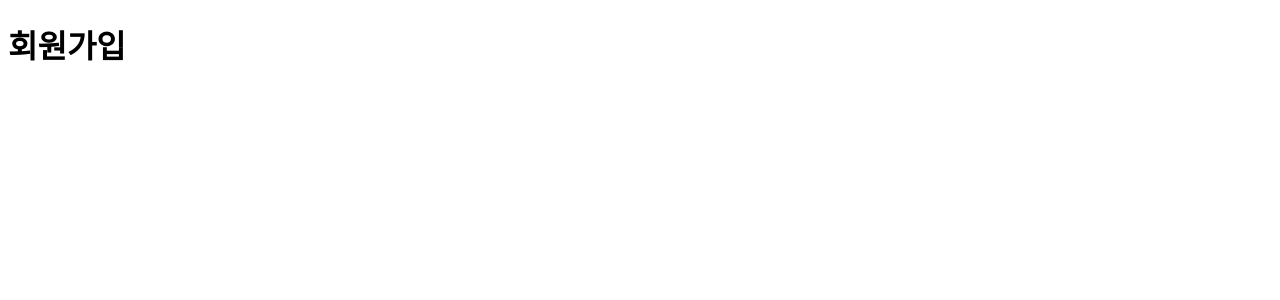
Repository: khkyungnan/Servlet-JSP-Workspace
Page: http://localhost/join/register.jsp
An editor plug-in stored every save of this project. The page is shown before and after the next save, followed by the edit.
The browser window is 1280 px wide. The pictures show the whole page.
The page is served by Tomcat 9. Other server files are loaded and not shown.

Above is the page before, as saved 2023-11-07 01:35:57.

### join/src/main/webapp/register.jsp
<%@ page language="java" contentType="text/html; charset=EUC-KR"
    pageEncoding="EUC-KR"%>
<!DOCTYPE html>
<html>
<head>
<meta charset="EUC-KR">
<title>Insert title here</title>
<link rel="stylesheet" type="text/css" href="styles.css">
</head>
<body>
<h1>회원가입</h1>
<form action="RegisterServlet" method="post">

</form>
</body>
</html>

### join/src/main/webapp/styles.css
styles.css
h1 {
	background-color:#333;
	color:#fff;
	padding :10px;
	text-align :center;
}

After the next save:
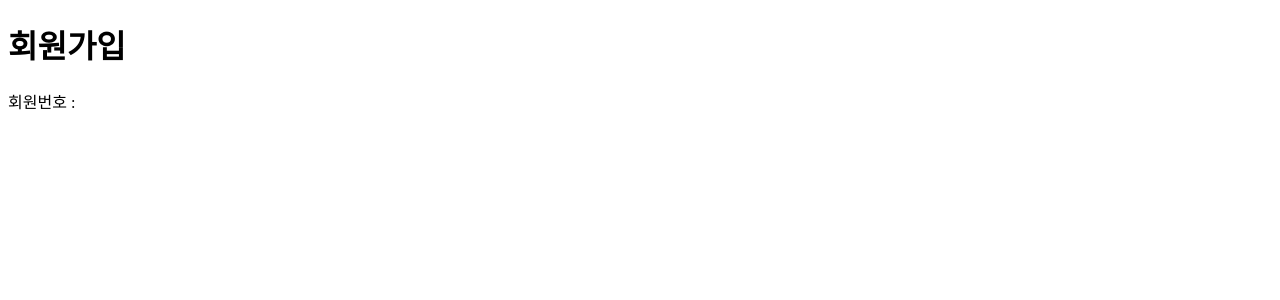
Saved 41 s later.
--- a/join/src/main/webapp/register.jsp
+++ b/join/src/main/webapp/register.jsp
@@ -10,6 +10,7 @@
 <body>
 <h1>회원가입</h1>
 <form action="RegisterServlet" method="post">
+	<label for="mno"> 회원번호 : </label>
 
 </form>
 </body>
